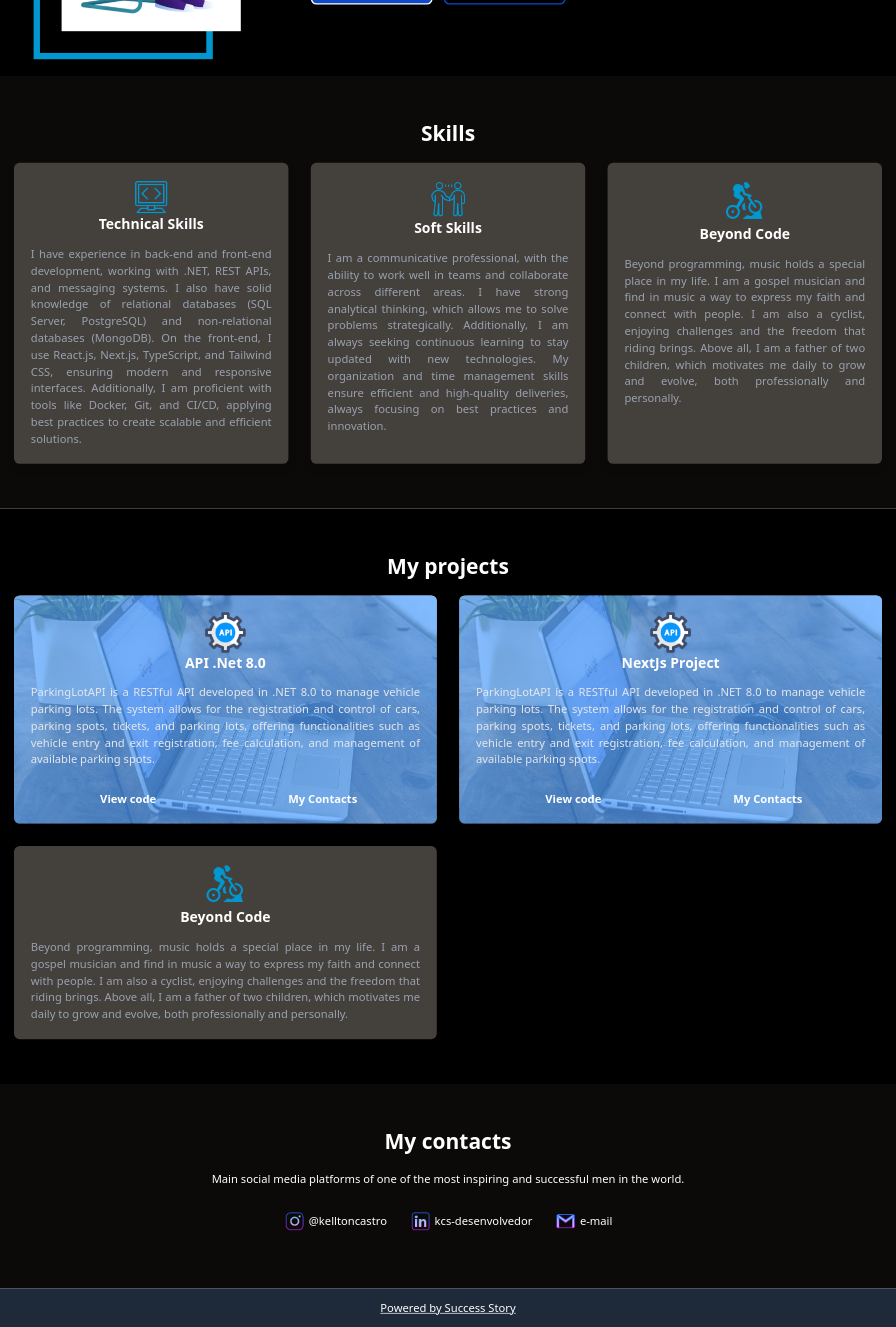
Repository: kcsdesenvolvedor/portfolio
Page: src/index.html
These files come from the project's save history. The page is drawn as it stood at one moment and after the next save; the edit follows.
The browser window is 1280 px wide. The pictures show the part of the page from y = 862 to 2782 px (the page is 2758 px tall before and 2782 px after), at 70% of full size.

Above is the page before, as saved 2025-03-08 18:11:14.
Console error: TypeError: Cannot read properties of null (reading 'textContent')

### src/index.html
<!DOCTYPE html>
<html lang="en">
<head>
    <meta charset="UTF-8">
    <meta name="viewport" content="width=device-width, initial-scale=1.0">
    <link rel="icon" href="./img/favicon.png" type="image/x-icon">
    <link href="./output.css" rel="stylesheet">
    <title>Mansour-Page</title>
    <style>
        .typing-container {
        font-family: 'Courier New', monospace;
        font-size: 24px;
        color: #333;
        white-space: nowrap;
        overflow: hidden;
        border-right: 2px solid black;
        display: inline-block;
        animation: blink-caret 0.7s step-end infinite;
        }

        #typing-text {
            height: 40px;
        }

        @keyframes blink-caret {
        from, to {
            border-color: transparent;
        }
        50% {
            border-color: black;
        }
        }


        @keyframes fadeIn {
            from {
                opacity: 0;
                transform: translateY(20px);
            }
            to {
                opacity: 1;
                transform: translateY(0);
            }
        }

        .fade-in {
            animation: fadeIn 1s ease-in-out;
        }
    </style>
</head>
<body class="bg-gray-100 font-sans">
    <header>
        <nav class="fixed top-0 z-50 w-full px-4 py-4 flex justify-between items-center bg-stone-950">
            <a class="text-3xl font-bold leading-none" href="#">
                <img class="w-16" src="./img/logo.png" alt="">
            </a>
            <div class="lg:hidden">
                <button class="navbar-burger flex items-center text-blue-600 p-3">
                    <svg class="block h-4 w-4 fill-current" viewBox="0 0 20 20" xmlns="http://www.w3.org/2000/svg">
                        <title>Mobile menu</title>
                        <path d="M0 3h20v2H0V3zm0 6h20v2H0V9zm0 6h20v2H0v-2z"></path>
                    </svg>
                </button>
            </div>
            <ul class="hidden absolute top-1/2 left-1/2 transform -translate-y-1/2 -translate-x-1/2 lg:mx-auto lg:flex lg:items-center lg:w-auto lg:space-x-20">
                <li><a class="text-sm text-blue-600/80 dark:text-sky-400/80 hover:text-white" href="#home">Home</a></li>
                <li><a class="text-sm text-blue-600/80 dark:text-sky-400/80 hover:text-white" href="#about">About Me</a></li>
                <li><a class="text-sm text-blue-600/80 dark:text-sky-400/80 hover:text-white" href="#achievements">Achievements</a></li>
                <li><a class="text-sm text-blue-600/80 dark:text-sky-400/80 hover:text-white" href="#contact">My Contacts</a></li>
            </ul>
        </nav>
        <div class="navbar-menu fixed top-0 z-50 w-full hidden">
            <div class="navbar-backdrop fixed inset-0 bg-gray-800 opacity-25"></div>
            <nav class="fixed top-0 left-0 bottom-0 flex flex-col w-5/6 max-w-sm py-6 px-6 bg-white border-r overflow-y-auto">
                <div class="flex items-center mb-8">
                    <a class="mr-auto text-3xl font-bold leading-none" href="#">
                        <img class="w-16" src="./img/logo.png" alt="">
                    </a>
                    <button class="navbar-close">
                        <svg class="h-6 w-6 text-gray-400 cursor-pointer hover:text-gray-500" xmlns="http://www.w3.org/2000/svg" fill="none" viewBox="0 0 24 24" stroke="currentColor">
                            <path stroke-linecap="round" stroke-linejoin="round" stroke-width="2" d="M6 18L18 6M6 6l12 12"></path>
                        </svg>
                    </button>
                </div>
                <div>
                    <ul>
                        <li class="mb-1">
                            <a class="navbar-itemMenu block p-4 text-sm font-semibold text-gray-400 hover:bg-blue-50 hover:text-blue-600 rounded" href="#home">Home</a>
                        </li>
                        <li class="mb-1">
                            <a class="navbar-itemMenu block p-4 text-sm font-semibold text-gray-400 hover:bg-blue-50 hover:text-blue-600 rounded" href="#about">About Me</a>
                        </li>
                        <li class="mb-1">
                            <a class="navbar-itemMenu block p-4 text-sm font-semibold text-gray-400 hover:bg-blue-50 hover:text-blue-600 rounded" href="#achievements">Achievements</a>
                        </li>
                        <li class="mb-1">
                            <a class="navbar-itemMenu block p-4 text-sm font-semibold text-gray-400 hover:bg-blue-50 hover:text-blue-600 rounded" href="#contact">My Contacts</a>
                        </li>
                        <li>
                            <div class="border-t-2">
                                <a class="navbar-itemMenu block p-4 text-sm font-semibold text-gray-400 hover:bg-blue-50 hover:text-blue-600 rounded" href="https://kcode2025.github.io/sucess-history" target="_blank">Success Story</a>
                            </div>
                        </li>
                    </ul>
                </div>
                <div class="mt-auto">

                    <a href="https://kcode2025.github.io/sucess-history" target="_blank">
                        <p class="my-4 text-xs text-center text-gray-400">
                            Powered by Success Story
                        </p>
                    </a>
                </div>
            </nav>
        </div>
    </header>


    <!-- Home Section -->
    <section id="home" class="flex flex-col-reverse lg:flex-row lg:justify-around justify-between bg-stone-950 text-white text-center pt-20 lg:pb-0 pb-5 px-10 fade-in">
        <!-- Div do texto -->
        <div class="self-center w-full flex items-center justify-center">
            <div class="flex flex-col lg:w-2/4"> <!-- Ajuste essa div para ocupar 100% da largura -->
                <p class="text-md text-left">
                    Hello!
                </p>
                <p class="text-3xl text-blue-600/80 dark:text-sky-400/80 text-left font-semibold">
                    I´m Kellton Castro
                </p>
                <p class="text-lg text-gray-400 text-left font-semibold mb-2">
                    Freelance developer & Web Designer
                </p>
                <p class="text-xs text-gray-400 text-left font-semibold mb-8">
                    Welcome to my portfolio! Here you will find some of the projects I have developed throughout my journey as a developer and freelancer.
                </p>
                <a href="#contact" class="bg-blue-600/80 dark:bg-sky-400/80 text-white font-bold w-2/4 py-3 px-6 border-2 rounded-lg shadow-lg hover:bg-black hover:text-blue-600/80 hover:dark:text-sky-400/80 hover:border-blue-600/80 hover:dark:border-sky-400/80 hover:border-2 transition delay-150 duration-300 ease-in-out">
                    My Contacts
                </a>
            </div>
        </div>

        <!-- Div da imagem -->
        <div class="flex justify-center lg:justify-end lg:w-2/4">
            <img class="min-w-2/4 object-contain" src="./img/perfil-portfolio2.png">
        </div>
    </section>

    <!-- Sobre -->
    <section id="about" class="flex flex-col lg:flex-row items-center justify-center space-y-10 lg:space-y-0 lg:space-x-20 py-16 bg-black border-r-gray-900 fade-in">
        <div class="relative flex justify-center">
            <!-- Moldura (posição de fundo) -->
            <img src="./img/moldura.png" class="w-3xs h-3xs absolute -left-5 top-5 lg:-left-10 lg:top-10" alt="moldura do perfil">

            <!-- Imagem de perfil (fica por cima) -->
            <img src="./img/perfil-portfolio1.png" class="w-3xs h-3xs relative z-10" alt="meu perfil">
        </div>
        <div class="px-5 w-full lg:w-3xl text-center lg:text-left">
            <h3 class="text-3xl text-white font-bold mb-2">About me</h3>
            <div class="w-20 h-0.5 bg-blue-600/80 dark:bg-sky-400/80 mb-3 mx-auto lg:mx-0"></div>
            <p class="text-gray-400 text-left w-full mb-8">
                I am a developer with 4 years of experience, working both in the corporate market and as a freelancer. Graduated in Systems Analysis and Development, I have experience in back-end and front-end development, contributing to the creation of efficient and scalable solutions. My approach involves continuous learning, always striving to keep up with new technologies and industry trends. I have a strong commitment to code quality, usability, and performance, ensuring that each delivered project adds value and innovation.
            </p>
            <div class="flex flex-col lg:flex-row w-full lg:w-2/4 gap-4">
                <a href="#contact" class="bg-blue-600/80 dark:bg-sky-400/80 text-center text-white font-bold w-full lg:w-2/4 py-3 px-6 border-2 rounded-lg shadow-lg hover:bg-black hover:text-blue-600/80 hover:dark:text-sky-400/80 hover:border-blue-600/80 hover:dark:border-sky-400/80 hover:border-2 transition delay-150 duration-300 ease-in-out">
                    My Contacts
                </a>
                <a href="#contact" class="bg-black text-center border-blue-600/80 dark:border-sky-400/80 text-blue-600/80 dark:text-sky-400/80 font-bold w-full lg:w-2/4 py-3 px-6 border-2 rounded-lg shadow-lg hover:text-white hover:border-white hover:border-2 transition delay-150 duration-300 ease-in-out">
                    Download CV
                </a>
            </div>
        </div>
    </section>



    <!-- Skills -->
    <section id="achievements" class="py-16 bg-stone-950 fade-in">
        <div class="container mx-auto text-center">
            <h3 class="text-3xl text-white font-bold mb-6">Skills</h3>
            <div class="px-5 grid grid-cols-1 md:grid-cols-3 gap-8">
                <div class="flex flex-col items-center bg-stone-700 p-6 rounded-lg shadow-lg transition delay-150 duration-300 transform hover:scale-105 hover:shadow-xl">
                    <img src="./img/hard-skills.png" alt="image hard skills">
                    <h4 class="text-xl text-white font-bold mb-4">Technical Skills</h4>
                    <p class="text-gray-400 text-justify">I have experience in back-end and front-end development, working with .NET, REST APIs, and messaging systems. I also have solid knowledge of relational databases (SQL Server, PostgreSQL) and non-relational databases (MongoDB). On the front-end, I use React.js, Next.js, TypeScript, and Tailwind CSS, ensuring modern and responsive interfaces. Additionally, I am proficient with tools like Docker, Git, and CI/CD, applying best practices to create scalable and efficient solutions.</p>
                </div>
                <div class="flex flex-col items-center bg-stone-700 p-6 rounded-lg shadow-lg transition delay-150 duration-300 transform hover:scale-105 hover:shadow-xl">
                    <img src="./img/soft-skills.png" class="h-14" alt="image soft skills">
                    <h4 class="text-xl text-white font-bold mb-4">Soft Skills</h4>
                    <p class="text-gray-400 text-justify">I am a communicative professional, with the ability to work well in teams and collaborate across different areas. I have strong analytical thinking, which allows me to solve problems strategically. Additionally, I am always seeking continuous learning to stay updated with new technologies. My organization and time management skills ensure efficient and high-quality deliveries, always focusing on best practices and innovation.</p>
                </div>
                <div class="flex flex-col items-center bg-stone-700 p-6 rounded-lg shadow-lg transition delay-150 duration-300 transform hover:scale-105 hover:shadow-xl">
                    <img src="./img/beyond-code.png" alt="imagem de beyond code">
                    <h4 class="text-xl text-white font-bold mb-4">Beyond Code</h4>
                    <p class="text-gray-400 text-justify">Beyond programming, music holds a special place in my life. I am a gospel musician and find in music a way to express my faith and connect with people. I am also a cyclist, enjoying challenges and the freedom that riding brings. Above all, I am a father of two children, which motivates me daily to grow and evolve, both professionally and personally.</p>
                </div>
            </div>
        </div>
    </section>

    <!-- Projetos -->
    <section id="achievements" class="py-16 bg-black fade-in">
        <div class="container mx-auto text-center">
            <h3 class="text-3xl text-white font-bold mb-6">My projects</h3>
            <div class="px-5 grid grid-cols-1 md:grid-cols-2 gap-8">
                <div class="relative bg-stone-700 p-6 rounded-lg shadow-lg
                bg-[url('./img/homeoffice.jpg')] bg-cover bg-center bg-opacity-20">
                    <div class="absolute inset-0 bg-blue-400/70 rounded-lg"></div>
                    <div class="relative z-10 flex flex-col items-center">
                        <img src="./img/api.png" alt="image api">
                        <h4 class="text-xl text-white font-bold mb-4">API .Net 8.0</h4>
                        <p class="text-gray-200 text-justify">ParkingLotAPI is a RESTful API developed in .NET 8.0 to manage vehicle parking lots. The system allows for the registration and control of cars, parking spots, tickets, and parking lots, offering functionalities such as vehicle entry and exit registration, fee calculation, and management of available parking spots.</p>
                        <div class="flex justify-between mt-8 w-full">
                            <a href="#contact" class=" text-white font-semibold w-full lg:w-2/4 px-6 hover:text-blue-600/80 hover:dark:text-sky-400/80 transition delay-150 duration-300 ease-in-out">
                                View code
                            </a>
                            <a href="#contact" class=" text-white font-semibold w-full lg:w-2/4 px-6 hover:text-blue-600/80 hover:dark:text-sky-400/80 transition delay-150 duration-300 ease-in-out">
                                My Contacts
                            </a>
                        </div>
                    </div>
                </div>
                <div class="relative bg-stone-700 p-6 rounded-lg shadow-lg
                bg-[url('./img/homeoffice.jpg')] bg-cover bg-center bg-opacity-20">
                    <div class="absolute inset-0 bg-blue-400/70 rounded-lg"></div>
                    <div class="relative z-10 flex flex-col items-center">
                        <img src="./img/api.png" alt="image api">
                        <h4 class="text-xl text-white font-bold mb-4">NextJs Project</h4>
                        <p class="text-gray-200 text-justify">ParkingLotAPI is a RESTful API developed in .NET 8.0 to manage vehicle parking lots. The system allows for the registration and control of cars, parking spots, tickets, and parking lots, offering functionalities such as vehicle entry and exit registration, fee calculation, and management of available parking spots.</p>
                        <div class="flex justify-between mt-8 w-full">
                            <a href="#contact" class=" text-white font-semibold w-full lg:w-2/4 px-6 hover:text-blue-600/80 hover:dark:text-sky-400/80 transition delay-150 duration-300 ease-in-out">
                                View code
                            </a>
                            <a href="#contact" class=" text-white font-semibold w-full lg:w-2/4 px-6 hover:text-blue-600/80 hover:dark:text-sky-400/80 transition delay-150 duration-300 ease-in-out">
                                My Contacts
                            </a>
                        </div>
                    </div>
                </div>
                <div class="flex flex-col items-center bg-stone-700 p-6 rounded-lg shadow-lg">
                    <img src="./img/beyond-code.png" alt="imagem de beyond code">
                    <h4 class="text-xl text-white font-bold mb-4">Beyond Code</h4>
                    <p class="text-gray-400 text-justify">Beyond programming, music holds a special place in my life. I am a gospel musician and find in music a way to express my faith and connect with people. I am also a cyclist, enjoying challenges and the freedom that riding brings. Above all, I am a father of two children, which motivates me daily to grow and evolve, both professionally and personally.</p>
                </div>
            </div>
        </div>
    </section>

    <!-- Contato -->
    <section id="contact" class="py-16 bg-stone-950 text-white text-center fade-in">
        <div class="container mx-auto px-2">
            <h3 class="text-3xl font-bold mb-6">My contacts</h3>
            <p class="mb-8">Main social media platforms of one of the most inspiring and successful men in the world.</p>
            <form class="max-w-lg mx-auto">
                <div class="flex flex-col justify-center lg:flex-row mb-4 gap-8">
                    <a href="https://www.cityfootballgroup.com/" target="_blank">
                        <div class="flex gap-1 items-center">
                            <img class="h-8 w-8" src="./img/instagram.png" alt="imagem do instagram">
                            <p class="text-1xl">@kelltoncastro</p>
                        </div>
                    </a>
                    <a href="https://x.com/HHmansour" target="_blank">
                        <div class="flex gap-1 items-center">
                            <img class="h-8 w-8" src="./img/linkedin.png" alt="imagem do linkedin">
                            <p class="text-1xl">kcs-desenvolvedor</p>
                        </div>
                    </a>
                    <a href="https://x.com/HHmansour" target="_blank">
                        <div class="flex gap-1 items-center">
                            <img class="h-8 w-8" src="./img/gmail.png" alt="imagem do gmail">
                            <p class="text-1xl">e-mail</p>
                        </div>
                    </a>
                </div>
            </form>
        </div>
    </section>

    <!-- Footer -->
    <footer class="bg-gray-800 text-white text-center py-4">
        <a class="cursor-pointer" href="https://kcode2025.github.io/sucess-history" target="_blank"><p class="underline">Powered by Success Story</p></a>
    </footer>

    <!-- Script -->
    <script>
        // Burger menus
        document.addEventListener('DOMContentLoaded', function() {
            // open
            const burger = document.querySelectorAll('.navbar-burger');
            const menu = document.querySelectorAll('.navbar-menu');

            if (burger.length && menu.length) {
                for (var i = 0; i < burger.length; i++) {
                    burger[i].addEventListener('click', function() {
                        for (var j = 0; j < menu.length; j++) {
                            menu[j].classList.toggle('hidden');
                        }
                    });
                }
            }

            // close
            const close = document.querySelectorAll('.navbar-close');
            const backdrop = document.querySelectorAll('.navbar-backdrop');
            const itemMenu = document.querySelectorAll('.navbar-itemMenu');

            if (close.length) {
                for (var i = 0; i < close.length; i++) {
                    close[i].addEventListener('click', function() {
                        for (var j = 0; j < menu.length; j++) {
                            menu[j].classList.toggle('hidden');
                        }
                    });
                }
            }

            if (backdrop.length) {
                for (var i = 0; i < backdrop.length; i++) {
                    backdrop[i].addEventListener('click', function() {
                        for (var j = 0; j < menu.length; j++) {
                            menu[j].classList.toggle('hidden');
                        }
                    });
                }
            }

            if (itemMenu.length) {
                for (var i = 0; i < itemMenu.length; i++) {
                    itemMenu[i].addEventListener('click', function() {
                        for (var j = 0; j < menu.length; j++) {
                            menu[j].classList.toggle('hidden');
                        }
                    });
                }
            }
        });

        // animação de digitação

        const texts = [
        "Visionary Leader",
        "Sports Enthusiast",
        "City Football Group Owner",
        "Innovative Investor",
        "Philanthropist",
        "Economic Pioneer",
        "Influential Figure",
        "Strategic Thinker",
        "Cultural Advocate",
        "Inspiring Icon"
        ];

        let currentTextIndex = 0;
        let charIndex = 0;
        const typingSpeed = 100; // Velocidade de digitação (ms por caractere)
        const erasingSpeed = 50; // Velocidade de apagar
        const delayBetweenTexts = 2000; // Tempo antes de trocar para o próximo texto

        const typingElement = document.getElementById("typing-text");

        function typeText() {
        if (charIndex < texts[currentTextIndex].length) {
            typingElement.textContent += texts[currentTextIndex].charAt(charIndex);
            charIndex++;
            setTimeout(typeText, typingSpeed);
        } else {
            setTimeout(eraseText, delayBetweenTexts);
        }
        }

        function eraseText() {
        if (charIndex > 0) {
            typingElement.textContent = texts[currentTextIndex].substring(0, charIndex - 1);
            charIndex--;
            setTimeout(eraseText, erasingSpeed);
        } else {
            currentTextIndex = (currentTextIndex + 1) % texts.length;
            setTimeout(typeText, typingSpeed);
        }
        }

        // Começar a animação
        document.addEventListener("DOMContentLoaded", () => {
        setTimeout(typeText, delayBetweenTexts);
        });

        </script>
</body>
</html>

Loaded but not shown: src/output.css (3548 lines, source omitted)

After the next save:
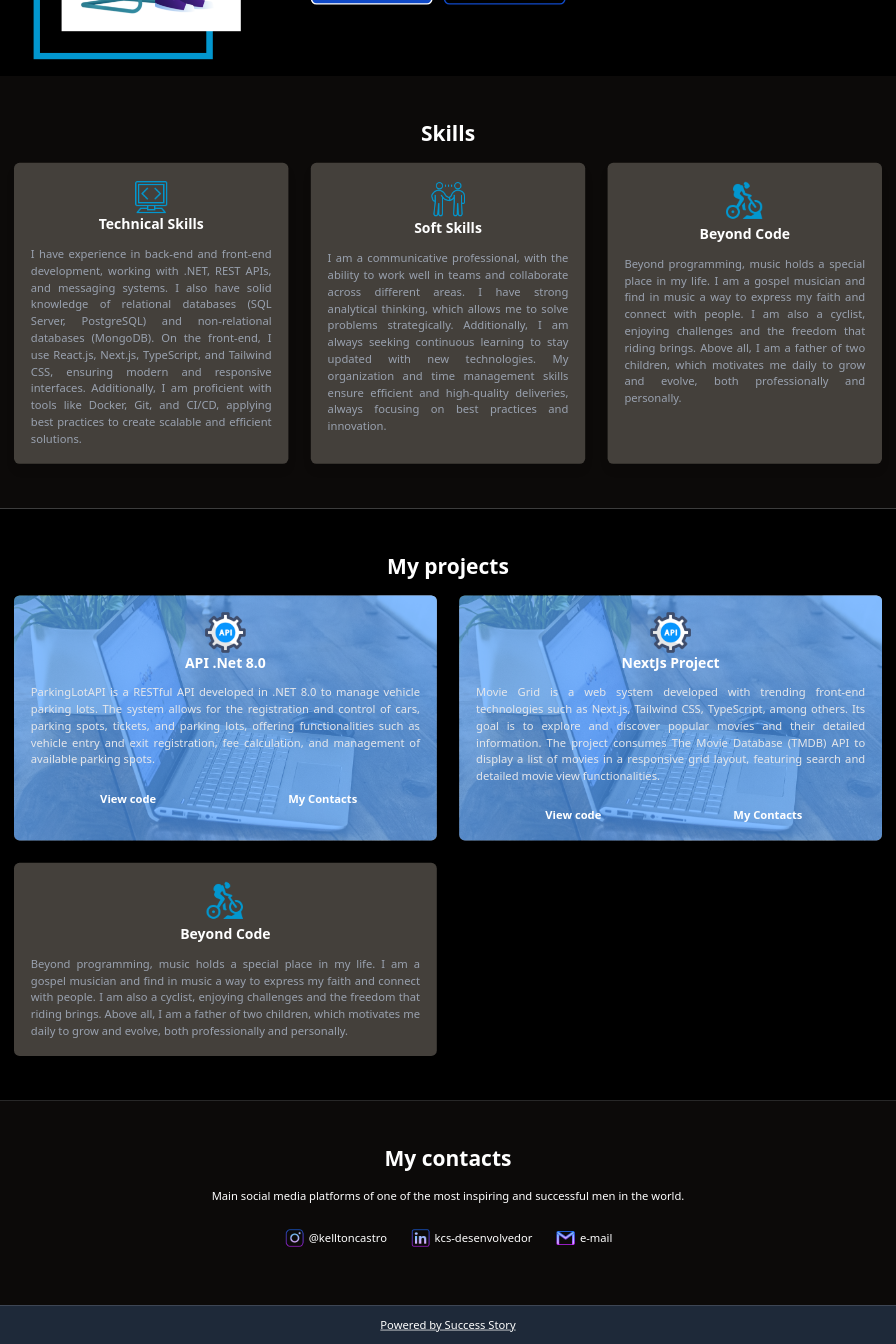
Saved 10 min 8 s later.
--- a/src/index.html
+++ b/src/index.html
@@ -225,7 +225,7 @@
                     <div class="relative z-10 flex flex-col items-center">
                         <img src="./img/api.png" alt="image api">
                         <h4 class="text-xl text-white font-bold mb-4">NextJs Project</h4>
-                        <p class="text-gray-200 text-justify">ParkingLotAPI is a RESTful API developed in .NET 8.0 to manage vehicle parking lots. The system allows for the registration and control of cars, parking spots, tickets, and parking lots, offering functionalities such as vehicle entry and exit registration, fee calculation, and management of available parking spots.</p>
+                        <p class="text-gray-200 text-justify">Movie Grid is a web system developed with trending front-end technologies such as Next.js, Tailwind CSS, TypeScript, among others. Its goal is to explore and discover popular movies and their detailed information. The project consumes The Movie Database (TMDB) API to display a list of movies in a responsive grid layout, featuring search and detailed movie view functionalities.</p>
                         <div class="flex justify-between mt-8 w-full">
                             <a href="#contact" class=" text-white font-semibold w-full lg:w-2/4 px-6 hover:text-blue-600/80 hover:dark:text-sky-400/80 transition delay-150 duration-300 ease-in-out">
                                 View code
